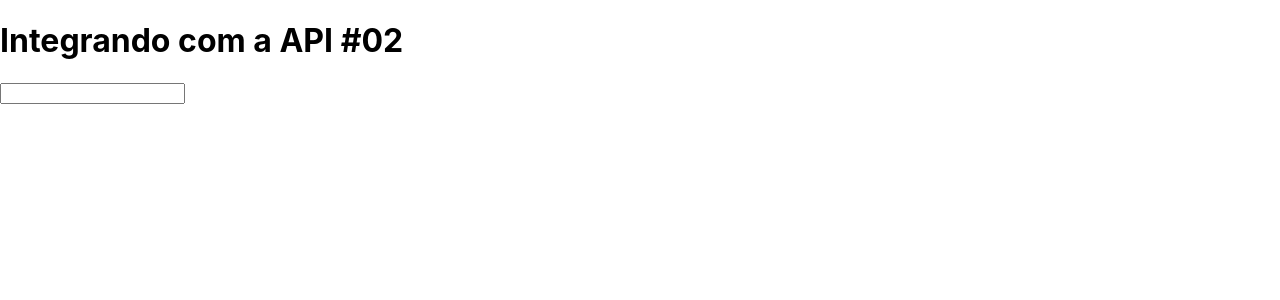
Repository: Mira757/Next-Basico
Page: /form
An editor plug-in stored every save of this project. The page is shown before and after the next save, followed by the edit.
The browser window is 1280 px wide. The pictures show the whole page.
The project was rebuilt for these pictures with package versions that can differ from the ones it lists, and the page was loaded fresh each time. The framework's server and built-in components were replaced by stand-ins that run in the browser. Also part of the build but not shown: next.config.js.

Above is the page before, as saved 2022-03-15 15:20:23.

### src/pages/form.jsx
import { useState } from "react";

export default function form() {

  const [nome,setNome] = useState("")
  const [idade,setIdade] = useState(0)

  return (
    <div>
      <h1>Integrando com a API #02</h1>
      <input type="text" value={nome} onChange={e => setNome(e.target.value)}/>
    </div>
  )

}

Loaded but not shown: src/pages/_app.js (common file); src/styles/globals.css (common file)

After the next save:
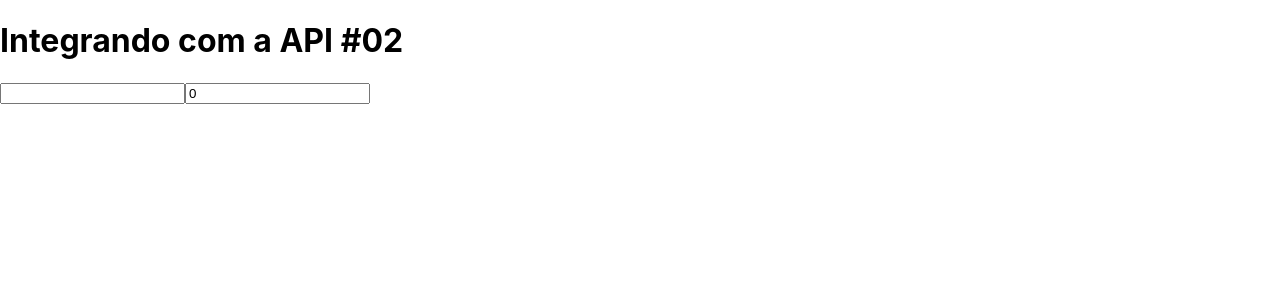
Saved 19 s later.
--- a/src/pages/form.jsx
+++ b/src/pages/form.jsx
@@ -9,6 +9,7 @@ export default function form() {
     <div>
       <h1>Integrando com a API #02</h1>
       <input type="text" value={nome} onChange={e => setNome(e.target.value)}/>
+      <input type="number" value={idade} onChange={e => setIdade(e.target.value)}/>
     </div>
   )
 
